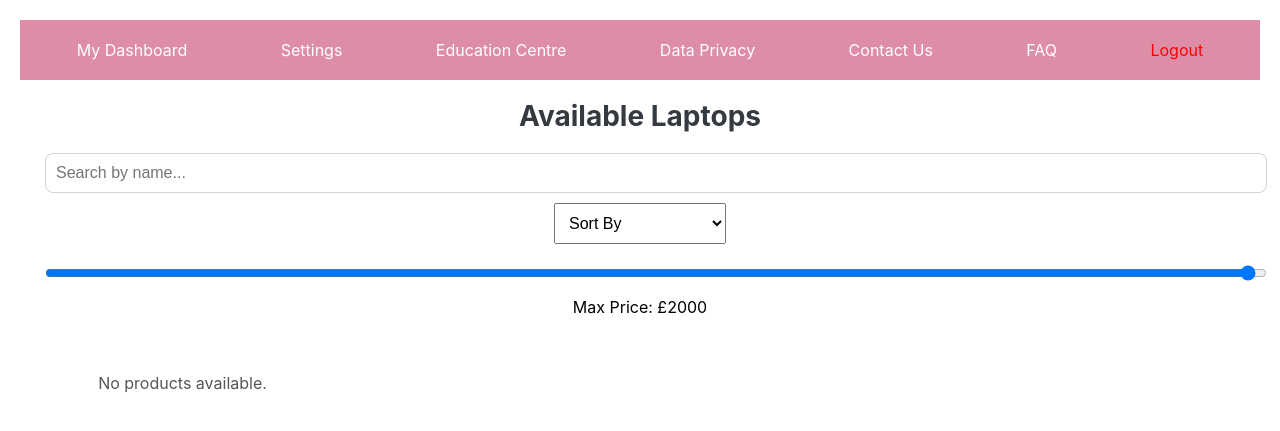
Repository: aab232/https---github.com-aab232-Deferred-Payment-Platform
Page: /main (app in frontend/)
These files come from the project's save history. The page is drawn as it stood at one moment and after the next save; the edit follows.
The browser window is 1280 px wide. The pictures show the whole page.
The page's requests for data from a server got no answer. The project was rebuilt for these pictures with package versions that can differ from the ones it lists, and the page was loaded fresh each time. No one was signed in, and anything a server would have sent is missing. Also part of the build but not shown: frontend/src/components/Home.js, frontend/src/components/Register.js, frontend/src/components/Login.js, frontend/src/components/BackButton.css, frontend/src/components/BackButton.js, frontend/src/components/Settings.js.

Above is the page before, as saved 2025-04-01 00:34:47.

### frontend/src/App.js
import React from 'react';
import { BrowserRouter as Router, Routes, Route } from 'react-router-dom';
import Home from './components/Home';
import Register from './components/Register';
import Login from './components/Login';
import Main from './components/Main';
import Settings from './components/Settings';

const App = () => {
  return (
    <Router>
      <Routes>
        <Route path="/" element={<Home />} />
        <Route path="/login" element={<Login />} />
        <Route path="/register" element={<Register />} />
        <Route path="/main" element={<Main />} />
        <Route path="/settings" element={<Settings />} />
      </Routes>
    </Router>
  );
};

export default App;

### frontend/src/components/Main.js
import React, { useState, useEffect } from 'react';
import { useNavigate } from 'react-router-dom';
import axios from 'axios';
import './Main.css';

const Main = () => {
  const [products, setProducts] = useState([]);
  const [filteredProducts, setFilteredProducts] = useState([]);
  const [searchTerm, setSearchTerm] = useState('');
  const [sortOption, setSortOption] = useState('');
  const [priceRange, setPriceRange] = useState([0, 2000]);
  const [selectedProduct, setSelectedProduct] = useState(null);
  const navigate = useNavigate();

  useEffect(() => {
    const fetchProducts = async () => {
      try {
        const response = await axios.get('http://localhost:5000/api/products');
        if (Array.isArray(response.data.products)) {
          setProducts(response.data.products);
          setFilteredProducts(response.data.products);
        }
      } catch (error) {
        console.error('Error fetching products:', error);
      }
    };
    fetchProducts();
  }, []);

  useEffect(() => {
    let updatedProducts = products.filter(product =>
      product.name.toLowerCase().includes(searchTerm.toLowerCase()) &&
      parseFloat(product.price.replace(/[^0-9.]/g, '')) >= priceRange[0] &&
      parseFloat(product.price.replace(/[^0-9.]/g, '')) <= priceRange[1]
    );

    if (sortOption === 'price-asc') {
      updatedProducts.sort((a, b) => parseFloat(a.price.replace(/[^0-9.]/g, '')) - parseFloat(b.price.replace(/[^0-9.]/g, '')));
    } else if (sortOption === 'price-desc') {
      updatedProducts.sort((a, b) => parseFloat(b.price.replace(/[^0-9.]/g, '')) - parseFloat(a.price.replace(/[^0-9.]/g, '')));
    } else if (sortOption === 'name') {
      updatedProducts.sort((a, b) => a.name.localeCompare(b.name));
    }

    setFilteredProducts(updatedProducts);
  }, [searchTerm, sortOption, priceRange, products]);

  return (
    <div className="main-container">
      <nav className="taskbar">
        <span className="tab" onClick={() => navigate('/dashboard')}>My Dashboard</span>
        <span className="tab" onClick={() => navigate('/settings')}>Settings</span>
        <span className="tab" onClick={() => navigate('/education')}>Education Centre</span>
        <span className="tab" onClick={() => navigate('/privacy')}>Data Privacy</span>
        <span className="tab" onClick={() => navigate('/contact')}>Contact Us</span>
        <span className="tab" onClick={() => navigate('/faq')}>FAQ</span>
        <span className="tab logout" onClick={() => navigate('/login')}>Logout</span>
      </nav>

      <h1>Available Laptops</h1>

      <div className="filters">
        <input type="text" placeholder="Search by name..." value={searchTerm} onChange={(e) => setSearchTerm(e.target.value)} />
        <select onChange={(e) => setSortOption(e.target.value)}>
          <option value="">Sort By</option>
          <option value="price-asc">Price: Low to High</option>
          <option value="price-desc">Price: High to Low</option>
          <option value="name">Name: A-Z</option>
        </select>
        <input type="range" min="0" max="2000" step="50" value={priceRange[1]} onChange={(e) => setPriceRange([0, Number(e.target.value)])} />
        <span>Max Price: £{priceRange[1]}</span>
      </div>

      <div className="products-container">
        {filteredProducts.length > 0 ? (
          filteredProducts.slice(0, 9).map((product, index) => (
            <div key={index} className="product-card" onClick={() => setSelectedProduct(product)}>
              <img src={product.img} alt={product.name} />
              <h3>{product.name}</h3>
              <p>{product.price}</p>
              <button>Add to Cart</button>
            </div>
          ))
        ) : (
          <p>No products available.</p>
        )}
      </div>

      {selectedProduct && (
        <div className="modal">
          <div className="modal-content">
            <span className="close" onClick={() => setSelectedProduct(null)}>&times;</span>
            <img src={selectedProduct.img} alt={selectedProduct.name} />
            <h2>{selectedProduct.name}</h2>
            <p>{selectedProduct.price}</p>
            <p><a href={selectedProduct.link} target="_blank" rel="noopener noreferrer">View on Argos</a></p>
            <button className="buy-now">Buy Now</button>
            <button className="add-to-cart">Add to Cart</button>
          </div>
        </div>
      )}
    </div>
  );
};

export default Main;

### frontend/src/components/Home.css
.container {
    display: flex;
    justify-content: center;
    align-items: center;
    height: 100vh; /* Full viewport height */
    background: linear-gradient(135deg, #252f3b, #252d3b); /* Elegant gradient */
  }

  .card {
    text-align: center;
    background: #fff;
    padding: 40px 60px;
    border-radius: 24px;
    box-shadow: 0 8px 32px rgba(0, 0, 0, 0.2);
    max-width: 350px;
    width: 100%;
  }

  h1 {
    margin-bottom: 16px;
    font-size: 28px;
    color: #252f3b;
  }

  p {
    margin-bottom: 32px;
    font-size: 16px;
    color: #555;
  }

  .button-group {
    display: flex;
    justify-content: space-between;
  }

  .btn {
    padding: 12px 24px;
    font-size: 16px;
    border: none;
    border-radius: 30px; /* Rounded buttons */
    cursor: pointer;
    transition: background 0.3s ease;
    color: white;
    background: #252f3b;
  }

  .btn:hover {
    background: #252f3b; /* Button hover effect */
  }

### frontend/src/components/Form.css
.container {
  display: flex;
  justify-content: center;
  align-items: center;
  height: 100vh;
  background: linear-gradient(200deg, #eff7f6, #F7D6E0);
}

.form-card {
  background: white;
  padding: 40px 60px;
  border-radius: 24px;
  box-shadow: 0 8px 32px rgba(0, 0, 0, 0.2);
  max-width: 400px;
  width: 100%;
  text-align: center;
}

h2 {
  color: #252f3b;
}

input {
  display: block;
  width: 100%;
  margin: 10px 0;
  padding: 12px;
  border: 1px solid #ddd;
  border-radius: 30px;
}

.btn {
  padding: 12px 24px;
  margin-top: 20px;
  border-radius: 30px;
  border: none;
  color: white;
  background: #6b212e;
  cursor: pointer;
}

.btn:hover {
  background: #a41b34;
}

.link {
  color: #6b212e;
  cursor: pointer;
}

### frontend/src/components/Main.css
.main-container {
  text-align: center;
  padding: 20px;
}

.taskbar {
  display: flex;
  justify-content: space-around;
  background-color: #dd8ea6;
  padding: 10px;
}

.tab {
  color: white;
  cursor: pointer;
  padding: 10px;
}

.tab.logout {
  color: red;
}

.filters {
  margin: 20px;
}

.filters input,
.filters select {
  padding: 10px;
  margin: 5px;
  font-size: 16px;
}

.products-container {
  display: grid;
  grid-template-columns: repeat(auto-fill, minmax(250px, 1fr));
  gap: 20px;
  padding: 20px;
}

.product-card {
  border: 1px solid #ddd;
  padding: 15px;
  text-align: center;
  box-shadow: 2px 2px 10px rgba(0, 0, 0, 0.1);
}

.product-card img {
  width: 100%;
  height: auto;
}

.product-card button {
  background-color: #008cba;
  color: white;
  padding: 10px;
  border: none;
  cursor: pointer;
}

.product-card button:hover {
  background-color: #005f75;
}

.product-card p {
  background-color: #dd8ea6;
  color: black;
  font-weight: bold;
  padding: 8px;
  border-radius: 5px;
  text-align: center;
  display: inline-block;
  width: 100px;
}

### frontend/src/components/Settings.css
.settings-container {
  display: flex;
  flex-direction: column;
  align-items: center;
  padding: 40px 20px;
  background: #f8f9fa;
  min-height: 100vh;
}

h1 {
  color: #343a40;
  margin-bottom: 20px;
}

.menu {
  display: flex;
  gap: 20px;
  margin-bottom: 40px;
}

.menu button {
  padding: 10px 20px;
  border: none;
  border-radius: 8px;
  cursor: pointer;
  transition: background 0.3s ease;
  font-weight: bold;
  background: #007bff;
  color: white;
}

.menu .danger {
  background: #dc3545;
}

.menu button:hover {
  opacity: 0.8;
}

/* Dropdown styling */
.dropdown {
  display: flex;
  flex-direction: column;
  gap: 10px;
  margin-top: 20px;
}

.dropdown button {
  padding: 8px 16px;
  border: none;
  border-radius: 8px;
  background: #6c757d;
  color: white;
  cursor: pointer;
  transition: background 0.3s ease;
}

.dropdown button:hover {
  background: #495057;
}

/* Section Styling */
.section {
  width: 100%;
  max-width: 600px;
  background: white;
  padding: 30px;
  border-radius: 16px;
  box-shadow: 0 8px 24px rgba(0, 0, 0, 0.1);
  margin-top: 20px;
}

h2 {
  color: #495057;
  margin-bottom: 20px;
}

input {
  width: 100%;
  padding: 12px;
  margin-bottom: 15px;
  border: 1px solid #ced4da;
  border-radius: 8px;
  font-size: 14px;
}

button {
  padding: 12px 20px;
  border: none;
  border-radius: 8px;
  cursor: pointer;
  background: #28a745;
  color: white;
  font-weight: bold;
}

button:hover {
  opacity: 0.9;
}

.info {
  margin-top: 20px;
  color: #6c757d;
}

Loaded but not shown: frontend/public/index.html (common file); frontend/src/index.js (common file); frontend/src/index.css (common file)

After the next save:
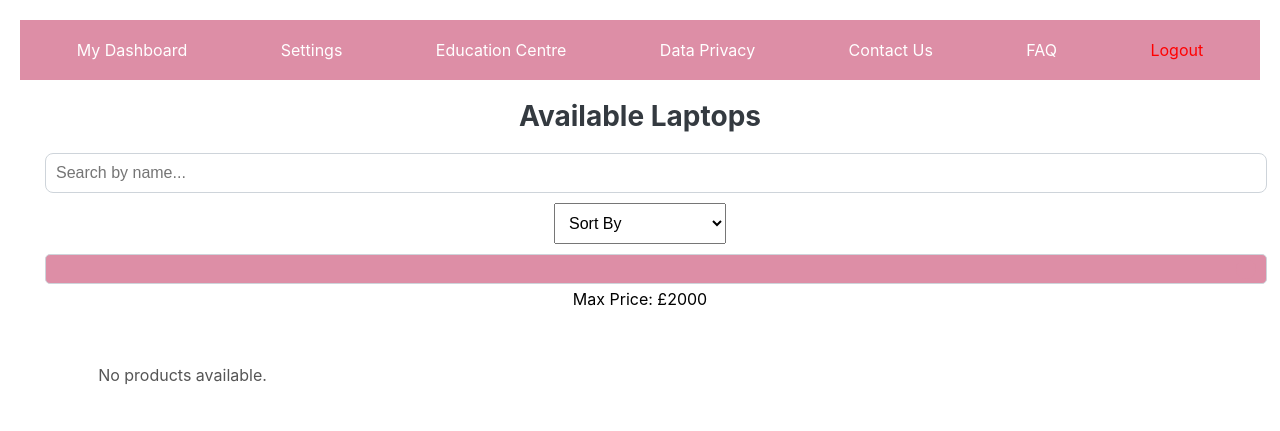
Saved 3 min 30 s later.
--- a/frontend/src/components/Main.css
+++ b/frontend/src/components/Main.css
@@ -62,13 +62,48 @@
   background-color: #005f75;
 }
 
-.product-card p {
-  background-color: #dd8ea6;
-  color: black;
-  font-weight: bold;
-  padding: 8px;
+/* For WebKit Browsers (Chrome, Edge, Safari) */
+input[type="range"] {
+  -webkit-appearance: none; /* Remove default styles */
+  appearance: none;
+  width: 100%; /* Make it full width */
+  height: 8px; /* Adjust thickness */
+  background: #dd8ea6; /* Pink background */
   border-radius: 5px;
-  text-align: center;
-  display: inline-block;
-  width: 100px;
+  outline: none;
+  transition: background 0.3s ease-in-out;
 }
+
+/* Customize the Thumb (Draggable Circle) */
+input[type="range"]::-webkit-slider-thumb {
+  -webkit-appearance: none;
+  appearance: none;
+  width: 20px; /* Adjust size */
+  height: 20px;
+  background: #dd8ea6; /* Darker pink */
+  border-radius: 50%;
+  cursor: pointer;
+  transition: 0.3s;
+}
+
+input[type="range"]::-webkit-slider-thumb:hover {
+  background: #966473; /* Even darker pink on hover */
+}
+
+/* For Firefox */
+input[type="range"]::-moz-range-thumb {
+  width: 20px;
+  height: 20px;
+  background: #dd8ea6;
+  border-radius: 50%;
+  cursor: pointer;
+}
+
+/* For Edge */
+input[type="range"]::-ms-thumb {
+  width: 20px;
+  height: 20px;
+  background: #dd8ea6;
+  border-radius: 50%;
+  cursor: pointer;
+}
